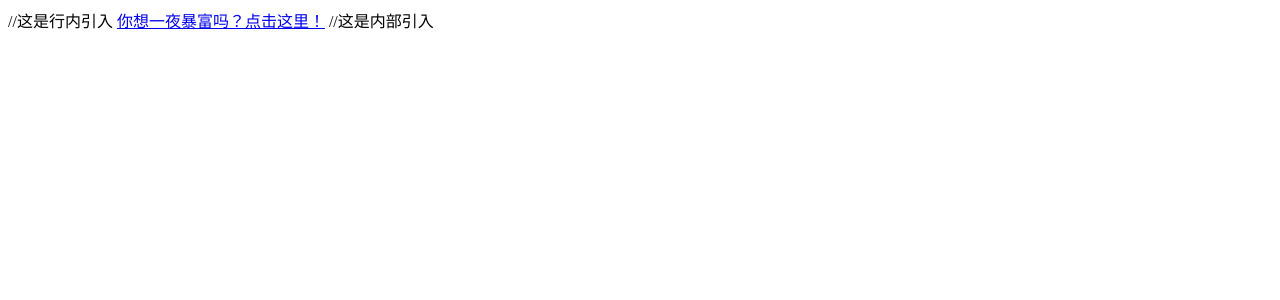
Repository: lqcoffical/basic-frontCode
Page: js/js引入.html
These files come from the project's save history. The page is drawn as it stood at one moment and after the next save; the edit follows.
The browser window is 1280 px wide. The pictures show the whole page.

Above is the page before, as saved 2019-10-23 10:16:35.
Console error: ReferenceError: 大傻屌 is not defined

### js/js引入.html
<!DOCTYPE html>
<html lang="en">
<head>
    <meta charset="UTF-8">
    <meta name="viewport" content="width=device-width, initial-scale=1.0">
    <meta http-equiv="X-UA-Compatible" content="ie=edge">
    <title>Document</title>
</head>
<body>
    //这是行内引入
    <a href="javaScript:alert('那是不可能地！');">你想一夜暴富吗？点击这里！</a>
    //这是内部引入
    <script>
        alert(大傻屌);
    </script>
    <script>
        alert(害他妈戴眼镜呢，我徒弟呢！);
    </script>
</body>
</html>

After the next save:
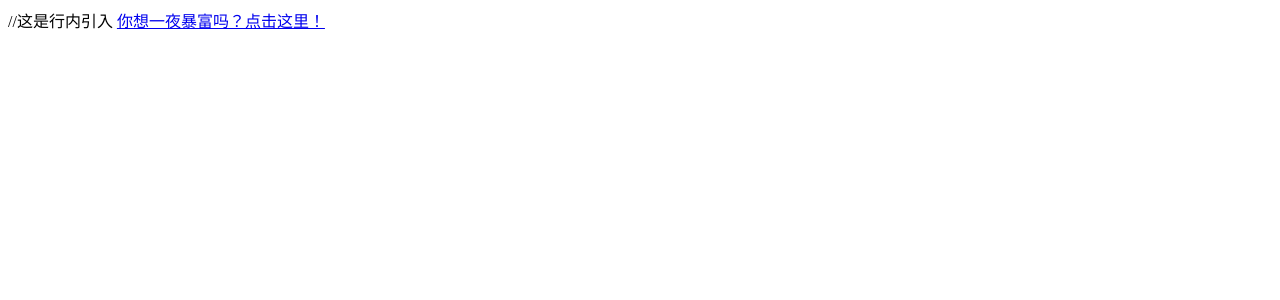
Saved 69 s later.
--- a/js/js引入.html
+++ b/js/js引入.html
@@ -9,8 +9,8 @@
 <body>
     //这是行内引入
     <a href="javaScript:alert('那是不可能地！');">你想一夜暴富吗？点击这里！</a>
-    //这是内部引入
     <script>
+        //这是内部引入
         alert(大傻屌);
     </script>
     <script>
